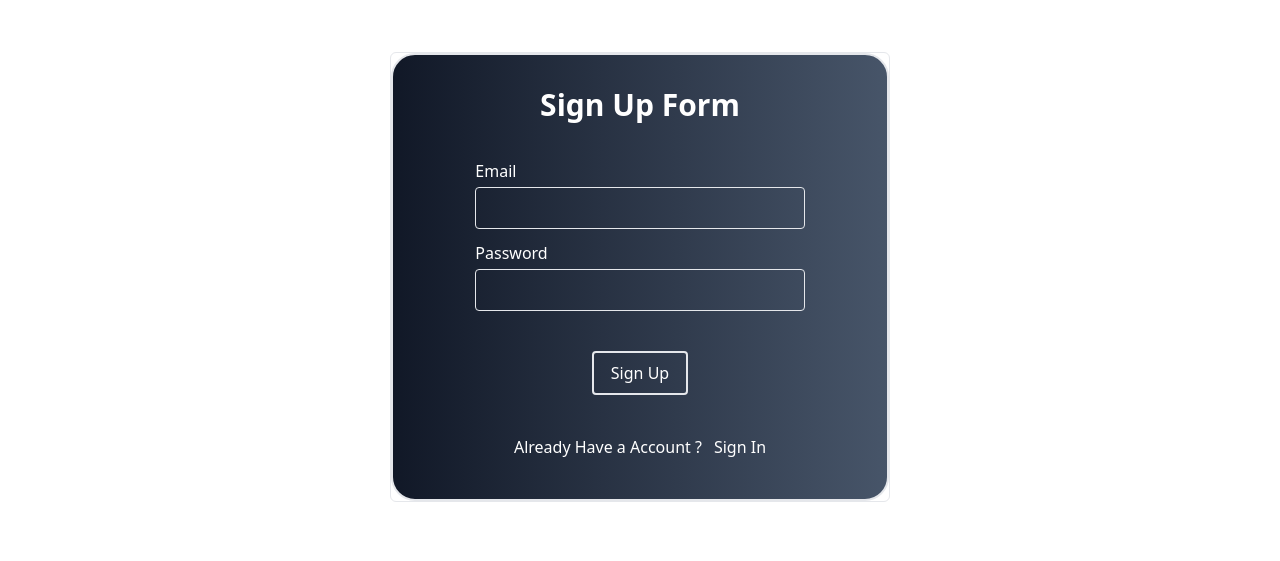
Repository: OmkarTidke8080/Assessment
Page: /sign-in (app in frontend/)
The author's editor kept a copy of each file at every save. The page is drawn from the files as they stood at one save, then again after the next save.
The browser window is 1280 px wide. The pictures show the whole page.
The project was rebuilt for these pictures with package versions that can differ from the ones it lists, and the page was loaded fresh each time. Also part of the build but not shown: frontend/vite.config.js, frontend/src/components/HomePage.jsx, frontend/src/components/SignUp.jsx.

Above is the page before, as saved 2024-10-19 22:19:03.

### frontend/src/App.jsx
import { useEffect, useState } from "react";
import "./App.css";
import LandingPage from "./components/HomePage.jsx";
import SignUp from "./components/SignUp.jsx";
import { BrowserRouter, Routes, Route } from "react-router-dom";
import ScaleLoader from "react-spinners/ScaleLoader";
import SignIn from "./components/SignIn.jsx";

function App() {
  const [isLoading, setIsLoading] = useState(true);

  useEffect(() => {
    const timer = setTimeout(() => {
      setIsLoading(false);
    }, 2000);

    return () => clearTimeout(timer);
  });
  return (
    <>
      {isLoading ? (
        <div
          style={{
            display: "flex",
            justifyContent: "center",
            alignItems: "center",
            height: "100vh",
            backgroundColor: "#fff",
          }}
        >
          {" "}
          <ScaleLoader />
        </div>
      ) : (
        <BrowserRouter>
          <Routes>
            <Route path={"/"} element={<LandingPage />} />
            <Route path={"/sign-up"} element={<SignUp />} />
            <Route path={"/sign-in"} element={<SignIn />} />
          </Routes>
        </BrowserRouter>
      )}
    </>
  );
}

export default App;

### frontend/src/components/SignIn.jsx
import React from 'react'

function SignIn() {
    return (
      <div className="flex justify-center items-center mt-5">
        <div className="flex border  rounded-md h-[450px] w-[500px]">
          <div className="form border-2 rounded-3xl text-white w-full bg-gradient-to-r from-gray-900 to-slate-600 ">
            <div className="form-heading text-center mt-8 mb-6">
              <h1 className="text-3xl font-bold text-white mb-2">
                Sign Up Form
              </h1>
            </div>
            <form>
              <div className='flex justify-center'>
                <div className="w-2/3">
                  <div className="mt-3">
                    <label htmlFor="email" className=" flex mb-1">
                      Email
                    </label>
                    <input
                      type="text"
                      id="email"
                      className="text-black bg-inherit w-full flex border rounded p-2"
                      required
                    />
                  </div>

                  <div className="mt-3 w-full">
                    <label htmlFor="username" className=" flex mb-1">
                      Password
                    </label>
                    <input
                      type="text"
                      id="FistName"
                      className="text-black bg-inherit w-full flex border rounded p-2"
                      required
                    />
                  </div>
                </div>
              </div>

              <div className="sign-up-button m-10">
                <button className="border-2 rounded p-2 w-24 hover:border-green-700 ">
                  Sign Up
                </button>
              </div>
              <div className="AlreadyAccount flex justify-center gap-x-3">
                <h2>Already Have a Account ?</h2>
                <button>Sign In</button>
              </div>
            </form>
          </div>
        </div>
      </div>
    );
}

export default SignIn

Loaded but not shown: frontend/index.html (common file); frontend/src/main.jsx (common file); frontend/src/index.css (common file); frontend/src/App.css (common file); frontend/tailwind.config.js (common file)

After the next save:
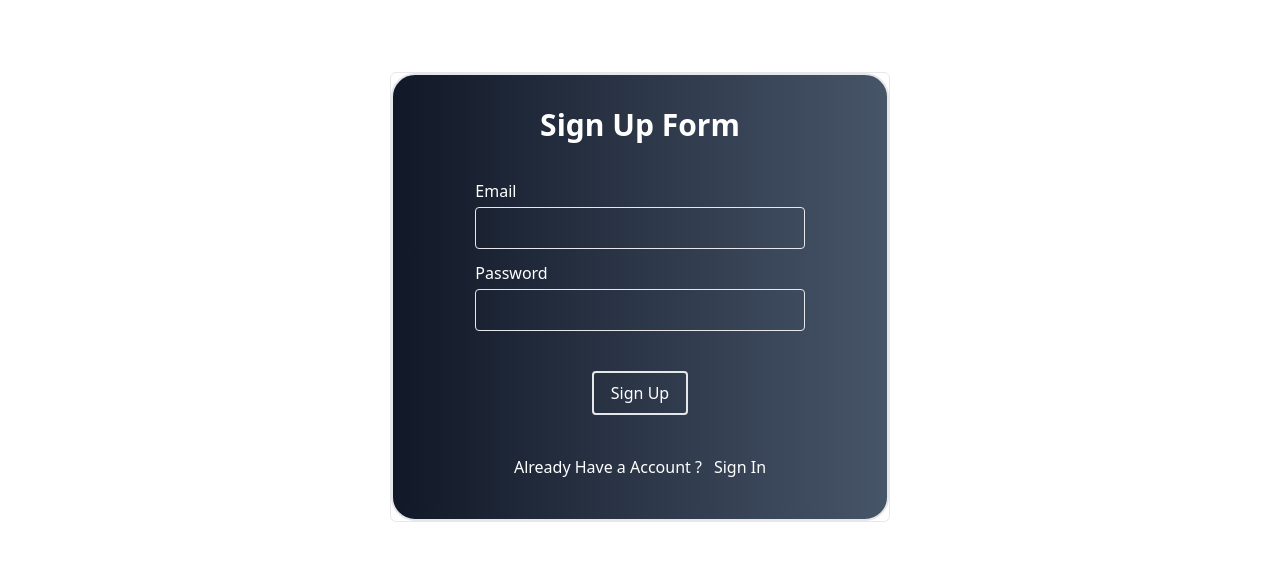
Saved 7 s later.
--- a/frontend/src/components/SignIn.jsx
+++ b/frontend/src/components/SignIn.jsx
@@ -2,7 +2,7 @@ import React from 'react'
 
 function SignIn() {
     return (
-      <div className="flex justify-center items-center mt-5">
+      <div className="flex justify-center items-center mt-10">
         <div className="flex border  rounded-md h-[450px] w-[500px]">
           <div className="form border-2 rounded-3xl text-white w-full bg-gradient-to-r from-gray-900 to-slate-600 ">
             <div className="form-heading text-center mt-8 mb-6">
